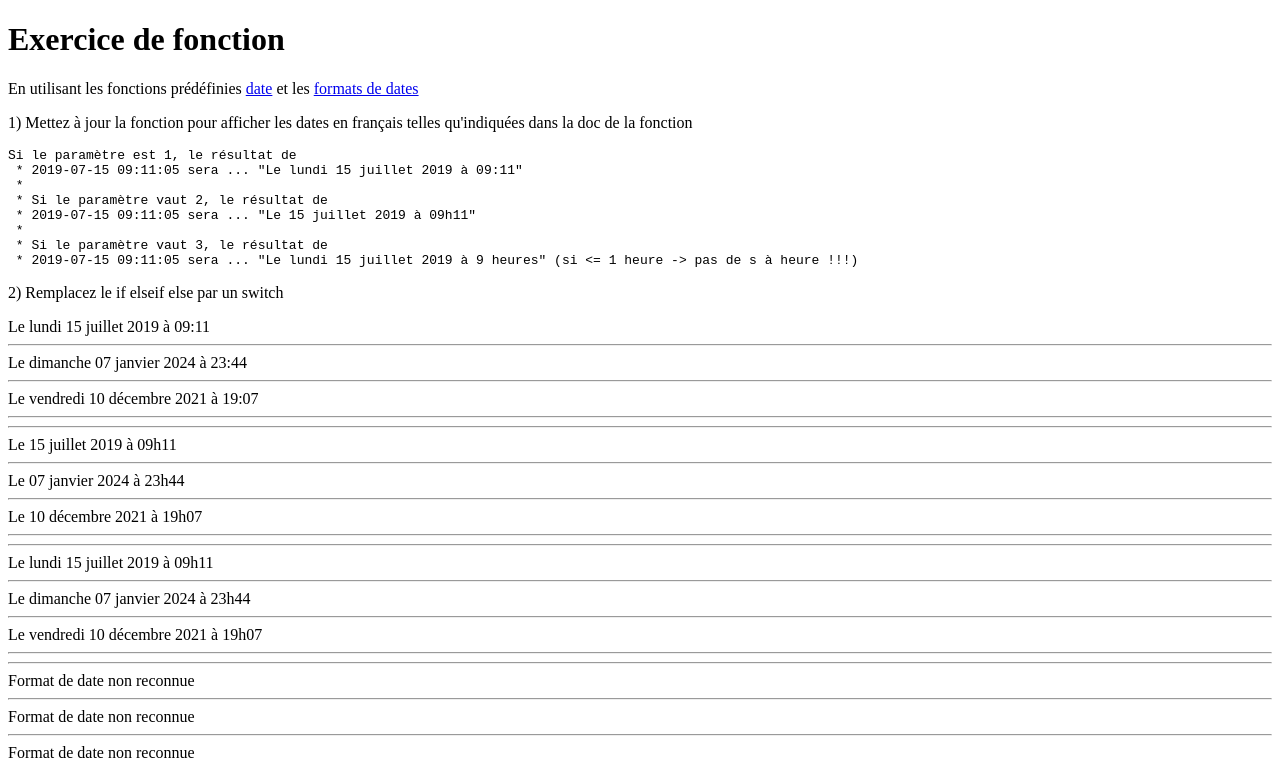
Repository: WebDevCF2m2021/base-php-2021
Page: http://localhost/20-dates-en-francais.php
An editor plug-in stored every save of this project. The page is shown before and after the next save, followed by the edit.
The browser window is 1280 px wide. The pictures show the whole page.
The page is run by PHP 8.4 with error messages shown; the project is at /var/www/html/.

Above is the page before, as saved 2021-09-20 18:26:14.

After the next save:
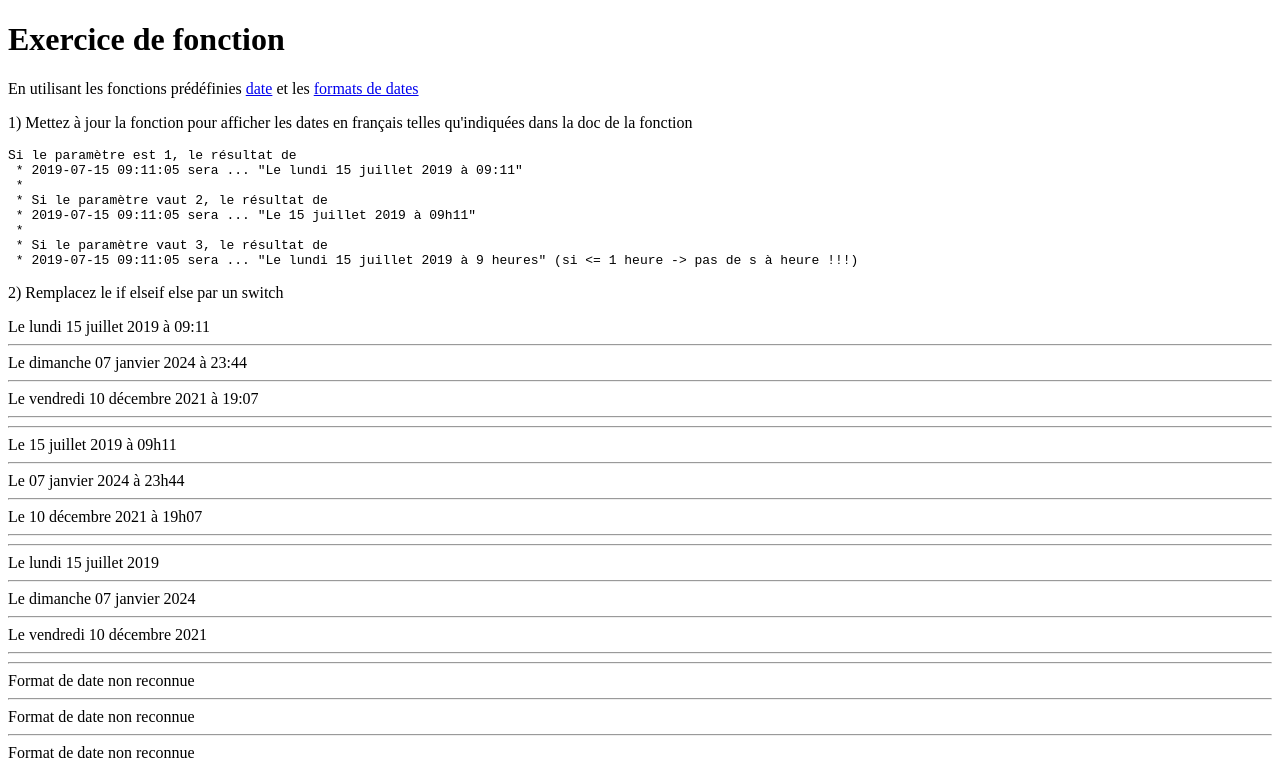
Saved 32 s later.
--- a/20-dates-en-francais.php
+++ b/20-dates-en-francais.php
@@ -47,7 +47,7 @@ function frenchDate($date,$format=1){
         .$joursTab[date("w",$date)]." " // jour de la semaine en français
         .date("d",$date)." " // chiffre du jour
         .$moisTab[date("n",$date)]." " // mois en français
-        .date("Y à H\hi",$date); // année / heures / minutes
+        .date("Y",$date); // année / heures / minutes
     }else{
          return "Format de date non reconnue";
     }
